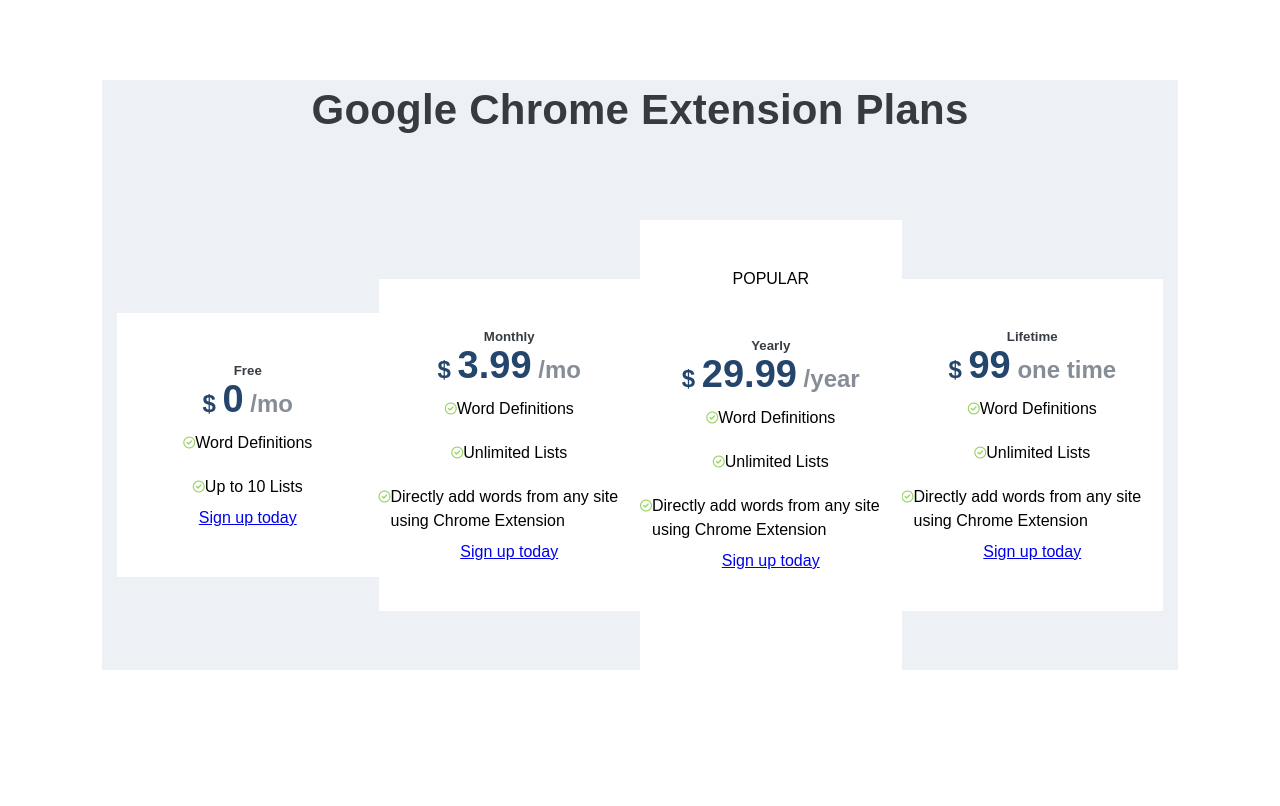
Repository: Novoselets28/chatos-test-task
Page: index.html
These files come from the project's save history. The page is drawn as it stood at one moment and after the next save; the edit follows.
The browser window is 1280 px wide. The pictures show the whole page.

Above is the page before, as saved 2023-04-19 19:08:04.

After the next save:
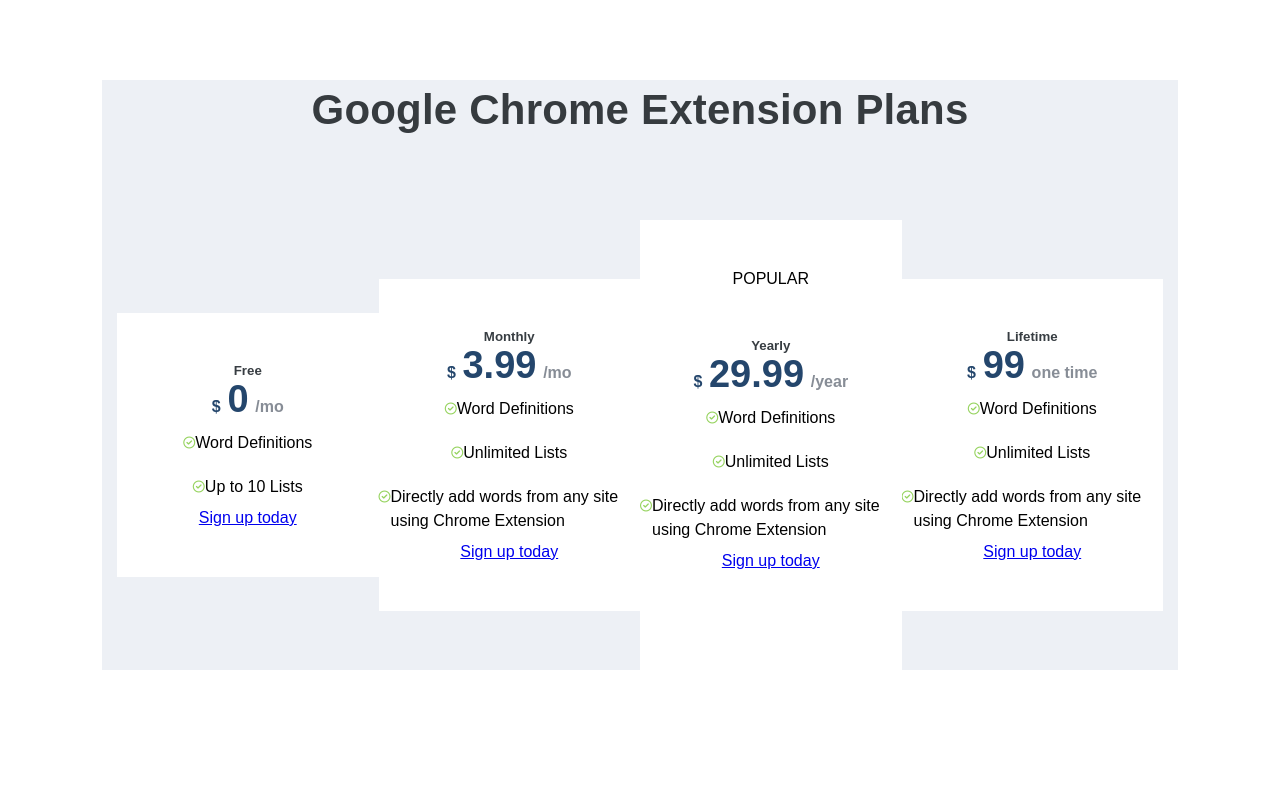
Saved 62 s later.
--- a/index.css
+++ b/index.css
@@ -75,7 +75,7 @@
 }
 
 .price-item__dollar{
-
+    font-size: 16px;
 }
 
 .price-item__number{
@@ -85,6 +85,7 @@
 
 .price-item__label{
     color: #878d96;
+    font-size: 16px;
 }
 
 .item-extension__points{
